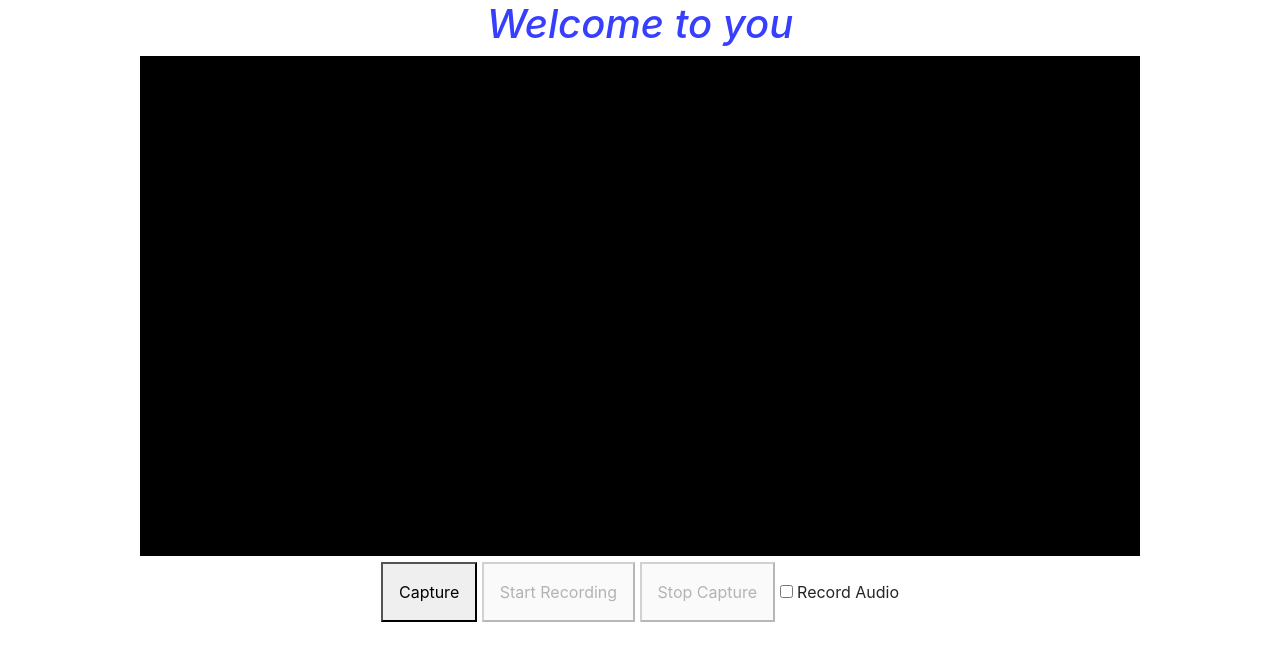
Repository: santiljanomalaj/recording_youtube
Page: index.html
The author's editor kept a copy of each file at every save. The page is drawn from the files as they stood at one save, then again after the next save.
The browser window is 1280 px wide. The pictures show the whole page.

Above is the page before, as saved 2020-04-29 18:25:12.

### index.html
<!DOCTYPE html>
<html lang="en">
  <head>
    <title>Simple Screen Record!</title>
    <meta charset="utf-8" />
    <meta http-equiv="X-UA-Compatible" content="IE=edge" />
    <meta name="viewport" content="width=device-width, initial-scale=1" />

    <link rel="stylesheet" href="/style.css" />
    <link
      rel="stylesheet"
      href="https://maxcdn.bootstrapcdn.com/bootstrap/4.4.1/css/bootstrap.min.css"
    />

    <script>
      //   if (location.protocol !== "https:") location.protocol = "https:";
    </script>
    <!-- import the webpage's stylesheet -->
  </head>
  <body>
    <center>
      <div class="w3-container w3-tangerine">
        <h1>Welcome to you</h1>
      </div>
      <p id="warning">
        Enable chrome://flags/#enable-experimental-web-platform-features
      </p>
      <video
        style="background-color: black; width: 1000px; height: 500px;"
        id="videoElement"
        autoplay
      ></video>
      <br />
      <button id="captureBtn">Capture</button>
      <button id="startBtn" disabled>Start Recording</button>
      <button id="stopBtn" disabled>Stop Capture</button>
      <input type="checkbox" id="audioToggle" />
      <label for="audioToggle">Record Audio</label>
      <a class="btn btn-primary" id="download" href="#" style="display: none;"
        >Download</a
      >
      <a
        type="button"
        class="btn btn-primary"
        id="trim"
        href="https://video-cut.glitch.me/"
        style="display: none;"
        target="trim"
        >Trim Video</a
      >
      <a
        type="button"
        class="btn btn-primary"
        id="convert"
        href="https://convert-to-mp4.glitch.me/"
        style="display: none;"
        target="convert"
        >Convert to MP4</a
      >
    </center>

    <script src="comlink.js"></script>
    <script src="https://ajax.googleapis.com/ajax/libs/jquery/3.4.1/jquery.min.js"></script>
    <script src="https://cdnjs.cloudflare.com/ajax/libs/popper.js/1.16.0/umd/popper.min.js"></script>
    <script src="https://maxcdn.bootstrapcdn.com/bootstrap/4.4.1/js/bootstrap.min.js"></script>

    <script>
      if ("getDisplayMedia" in navigator.mediaDevices)
        warning.style.display = "none";

      let blobs;
      let blob;
      let rec;
      let stream;

      captureBtn.onclick = async () => {
        trim.style.display = "none";
        convert.style.display = "none";
        download.style.display = "none";
        let audio = audioToggle.checked || false;

        stream = await navigator.mediaDevices.getDisplayMedia({
          video: true,
          audio: audio,
        });
        stream
          .getVideoTracks()
          .forEach((track) => (track.contentHint = "text"));
        videoElement.srcObject = stream;
        let opts = { mimeType: "video/webm; codecs=h264" };
        blobs = [];
        rec = new MediaRecorder(stream, opts);
        rec.ondataavailable = (e) => blobs.push(e.data);
        rec.onstop = () => {
          blob = new Blob(blobs, { type: "video/mp4" });
          let url = window.URL.createObjectURL(blob);
          download.href = url;
          download.download = "test.mp4";
          download.style.display = "block";
          trim.style.display = "block";
          convert.style.display = "block";
        };
        startBtn.disabled = false;
        captureBtn.disabled = true;
        audioToggle.disabled = true;
      };

      startBtn.onclick = () => {
        startBtn.disabled = true;
        stopBtn.disabled = false;
        rec.start();
      };

      stopBtn.onclick = () => {
        captureBtn.disabled = false;
        startBtn.disabled = true;
        stopBtn.disabled = true;
        audioToggle.disabled = false;
        rec.stop();
        stream.getTracks().forEach((s) => s.stop());
        videoElement.srcObject = null;
        stream = null;
      };

      trim.onclick = async (event) => {
        event.preventDefault();
        let cutWindow = window.open(event.target.href);
        let start = Comlink.proxy(cutWindow);
        setTimeout(async () => {
          let result = await start(
            new File([blob], "test.webm", { type: "video/webm" }),
            "00:00:00"
          );
        }, 1000);
      };

      convert.onclick = async (event) => {
        event.preventDefault();
        let convertWindow = window.open(event.target.href);
        let start = Comlink.proxy(convertWindow);
        setTimeout(async () => {
          let result = await start(
            new File([blob], "test.webm", { type: "video/webm" })
          );
        }, 1000);
      };
    </script>
  </body>
</html>

### style.css
/* CSS files add styling rules to your content */

body {
  font-family: "Benton Sans", "Helvetica Neue", helvetica, arial, sans-serif;
  margin: 2em;
}

h1 {
  font-style: italic;
  color: #373fff;
}

video {
  width: 1000px;
  height: 1000px;
}

button {
  margin: 1em;
  padding: 1em;
}

### comlink.js
/**
 * Copyright 2017 Google Inc. All Rights Reserved.
 * Licensed under the Apache License, Version 2.0 (the "License");
 * you may not use this file except in compliance with the License.
 * You may obtain a copy of the License at
 *     http://www.apache.org/licenses/LICENSE-2.0
 * Unless required by applicable law or agreed to in writing, software
 * distributed under the License is distributed on an "AS IS" BASIS,
 * WITHOUT WARRANTIES OR CONDITIONS OF ANY KIND, either express or implied.
 * See the License for the specific language governing permissions and
 * limitations under the License.
 */
(function (factory) {
  if (typeof module === "object" && typeof module.exports === "object") {
    var v = factory(require, exports);
    if (v !== undefined) module.exports = v;
  } else if (typeof define === "function" && define.amd) {
    define(["require", "exports"], factory);
  } else {
    factory([], (self.Comlink = {}));
  }
})(function (require, exports) {
  "use strict";
  Object.defineProperty(exports, "__esModule", { value: true });
  const TRANSFERABLE_TYPES = [ArrayBuffer, MessagePort];
  const uid = Math.floor(Math.random() * Number.MAX_SAFE_INTEGER);
  const proxyValueSymbol = Symbol("proxyValue");
  const throwSymbol = Symbol("throw");
  const proxyTransferHandler = {
    canHandle: (obj) => obj && obj[proxyValueSymbol],
    serialize: (obj) => {
      const { port1, port2 } = new MessageChannel();
      expose(obj, port1);
      return port2;
    },
    deserialize: (obj) => {
      return proxy(obj);
    },
  };
  const throwTransferHandler = {
    canHandle: (obj) => obj && obj[throwSymbol],
    serialize: (obj) => obj.toString() + "\n" + obj.stack,
    deserialize: (obj) => {
      throw Error(obj);
    },
  };
  exports.transferHandlers = new Map([
    ["PROXY", proxyTransferHandler],
    ["THROW", throwTransferHandler],
  ]);
  let pingPongMessageCounter = 0;
  function proxy(endpoint, target) {
    if (isWindow(endpoint)) endpoint = windowEndpoint(endpoint);
    if (!isEndpoint(endpoint))
      throw Error(
        "endpoint does not have all of addEventListener, removeEventListener and postMessage defined"
      );
    activateEndpoint(endpoint);
    return cbProxy(
      async (irequest) => {
        let args = [];
        if (irequest.type === "APPLY" || irequest.type === "CONSTRUCT")
          args = irequest.argumentsList.map(wrapValue);
        const response = await pingPongMessage(
          endpoint,
          Object.assign({}, irequest, { argumentsList: args }),
          transferableProperties(args)
        );
        const result = response.data;
        return unwrapValue(result.value);
      },
      [],
      target
    );
  }
  exports.proxy = proxy;
  function proxyValue(obj) {
    obj[proxyValueSymbol] = true;
    return obj;
  }
  exports.proxyValue = proxyValue;
  function expose(rootObj, endpoint) {
    if (isWindow(endpoint)) endpoint = windowEndpoint(endpoint);
    if (!isEndpoint(endpoint))
      throw Error(
        "endpoint does not have all of addEventListener, removeEventListener and postMessage defined"
      );
    activateEndpoint(endpoint);
    attachMessageHandler(endpoint, async function (event) {
      if (!event.data.id || !event.data.callPath) return;
      const irequest = event.data;
      let that = await irequest.callPath
        .slice(0, -1)
        .reduce((obj, propName) => obj[propName], rootObj);
      let obj = await irequest.callPath.reduce(
        (obj, propName) => obj[propName],
        rootObj
      );
      let iresult = obj;
      let args = [];
      if (irequest.type === "APPLY" || irequest.type === "CONSTRUCT")
        args = irequest.argumentsList.map(unwrapValue);
      if (irequest.type === "APPLY") {
        try {
          iresult = await obj.apply(that, args);
        } catch (e) {
          iresult = e;
          iresult[throwSymbol] = true;
        }
      }
      if (irequest.type === "CONSTRUCT") {
        try {
          iresult = new obj(...args); // eslint-disable-line new-cap
          iresult = proxyValue(iresult);
        } catch (e) {
          iresult = e;
          iresult[throwSymbol] = true;
        }
      }
      if (irequest.type === "SET") {
        obj[irequest.property] = irequest.value;
        // FIXME: ES6 Proxy Handler `set` methods are supposed to return a
        // boolean. To show good will, we return true asynchronously ¯\_(ツ)_/¯
        iresult = true;
      }
      iresult = makeInvocationResult(iresult);
      iresult.id = irequest.id;
      return endpoint.postMessage(iresult, transferableProperties([iresult]));
    });
  }
  exports.expose = expose;
  function wrapValue(arg) {
    // Is arg itself handled by a TransferHandler?
    for (const [key, transferHandler] of exports.transferHandlers) {
      if (transferHandler.canHandle(arg)) {
        return {
          type: key,
          value: transferHandler.serialize(arg),
        };
      }
    }
    // If not, traverse the entire object and find handled values.
    let wrappedChildren = [];
    for (const item of iterateAllProperties(arg)) {
      for (const [key, transferHandler] of exports.transferHandlers) {
        if (transferHandler.canHandle(item.value)) {
          wrappedChildren.push({
            path: item.path,
            wrappedValue: {
              type: key,
              value: transferHandler.serialize(item.value),
            },
          });
        }
      }
    }
    for (const wrappedChild of wrappedChildren) {
      const container = wrappedChild.path
        .slice(0, -1)
        .reduce((obj, key) => obj[key], arg);
      container[wrappedChild.path[wrappedChild.path.length - 1]] = null;
    }
    return {
      type: "RAW",
      value: arg,
      wrappedChildren,
    };
  }
  function unwrapValue(arg) {
    if (exports.transferHandlers.has(arg.type)) {
      const transferHandler = exports.transferHandlers.get(arg.type);
      return transferHandler.deserialize(arg.value);
    } else if (isRawWrappedValue(arg)) {
      for (const wrappedChildValue of arg.wrappedChildren || []) {
        if (!exports.transferHandlers.has(wrappedChildValue.wrappedValue.type))
          throw Error(
            `Unknown value type "${arg.type}" at ${wrappedChildValue.path.join(
              "."
            )}`
          );
        const transferHandler = exports.transferHandlers.get(
          wrappedChildValue.wrappedValue.type
        );
        const newValue = transferHandler.deserialize(
          wrappedChildValue.wrappedValue.value
        );
        replaceValueInObjectAtPath(arg.value, wrappedChildValue.path, newValue);
      }
      return arg.value;
    } else {
      throw Error(`Unknown value type "${arg.type}"`);
    }
  }
  function replaceValueInObjectAtPath(obj, path, newVal) {
    const lastKey = path.slice(-1)[0];
    const lastObj = path.slice(0, -1).reduce((obj, key) => obj[key], obj);
    lastObj[lastKey] = newVal;
  }
  function isRawWrappedValue(arg) {
    return arg.type === "RAW";
  }
  function windowEndpoint(w) {
    if (self.constructor.name !== "Window") throw Error("self is not a window");
    return {
      addEventListener: self.addEventListener.bind(self),
      removeEventListener: self.removeEventListener.bind(self),
      postMessage: (msg, transfer) => w.postMessage(msg, "*", transfer),
    };
  }
  function isEndpoint(endpoint) {
    return (
      "addEventListener" in endpoint &&
      "removeEventListener" in endpoint &&
      "postMessage" in endpoint
    );
  }
  function activateEndpoint(endpoint) {
    if (isMessagePort(endpoint)) endpoint.start();
  }
  function attachMessageHandler(endpoint, f) {
    // Checking all possible types of `endpoint` manually satisfies TypeScript’s
    // type checker. Not sure why the inference is failing here. Since it’s
    // unnecessary code I’m going to resort to `any` for now.
    // if(isWorker(endpoint))
    //   endpoint.addEventListener('message', f);
    // if(isMessagePort(endpoint))
    //   endpoint.addEventListener('message', f);
    // if(isOtherWindow(endpoint))
    //   endpoint.addEventListener('message', f);
    endpoint.addEventListener("message", f);
  }
  function detachMessageHandler(endpoint, f) {
    // Same as above.
    endpoint.removeEventListener("message", f);
  }
  function isMessagePort(endpoint) {
    return endpoint.constructor.name === "MessagePort";
  }
  function isWindow(endpoint) {
    // TODO: This doesn’t work on cross-origin iframes.
    // return endpoint.constructor.name === 'Window';
    return ["window", "length", "location", "parent", "opener"].every(
      (prop) => prop in endpoint
    );
  }
  /**
   * `pingPongMessage` sends a `postMessage` and waits for a reply. Replies are
   * identified by a unique id that is attached to the payload.
   */
  function pingPongMessage(endpoint, msg, transferables) {
    const id = `${uid}-${pingPongMessageCounter++}`;
    return new Promise((resolve) => {
      attachMessageHandler(endpoint, function handler(event) {
        if (event.data.id !== id) return;
        detachMessageHandler(endpoint, handler);
        resolve(event);
      });
      // Copy msg and add `id` property
      msg = Object.assign({}, msg, { id });
      endpoint.postMessage(msg, transferables);
    });
  }
  function cbProxy(cb, callPath = [], target = function () {}) {
    return new Proxy(target, {
      construct(_target, argumentsList, proxy) {
        return cb({
          type: "CONSTRUCT",
          callPath,
          argumentsList,
        });
      },
      apply(_target, _thisArg, argumentsList) {
        // We use `bind` as an indicator to have a remote function bound locally.
        // The actual target for `bind()` is currently ignored.
        if (callPath[callPath.length - 1] === "bind")
          return cbProxy(cb, callPath.slice(0, -1));
        return cb({
          type: "APPLY",
          callPath,
          argumentsList,
        });
      },
      get(_target, property, proxy) {
        if (property === "then" && callPath.length === 0) {
          return { then: () => proxy };
        } else if (property === "then") {
          const r = cb({
            type: "GET",
            callPath,
          });
          return Promise.resolve(r).then.bind(r);
        } else {
          return cbProxy(cb, callPath.concat(property), _target[property]);
        }
      },
      set(_target, property, value, _proxy) {
        return cb({
          type: "SET",
          callPath,
          property,
          value,
        });
      },
    });
  }
  function isTransferable(thing) {
    return TRANSFERABLE_TYPES.some((type) => thing instanceof type);
  }
  function* iterateAllProperties(value, path = [], visited = null) {
    if (!value) return;
    if (!visited) visited = new WeakSet();
    if (visited.has(value)) return;
    if (typeof value === "string") return;
    if (typeof value === "object") visited.add(value);
    if (ArrayBuffer.isView(value)) return;
    yield { value, path };
    const keys = Object.keys(value);
    for (const key of keys)
      yield* iterateAllProperties(value[key], [...path, key], visited);
  }
  function transferableProperties(obj) {
    const r = [];
    for (const prop of iterateAllProperties(obj)) {
      if (isTransferable(prop.value)) r.push(prop.value);
    }
    return r;
  }
  function makeInvocationResult(obj) {
    for (const [type, transferHandler] of exports.transferHandlers) {
      if (transferHandler.canHandle(obj)) {
        const value = transferHandler.serialize(obj);
        return {
          value: { type, value },
        };
      }
    }
    return {
      value: {
        type: "RAW",
        value: obj,
      },
    };
  }
});

After the next save:
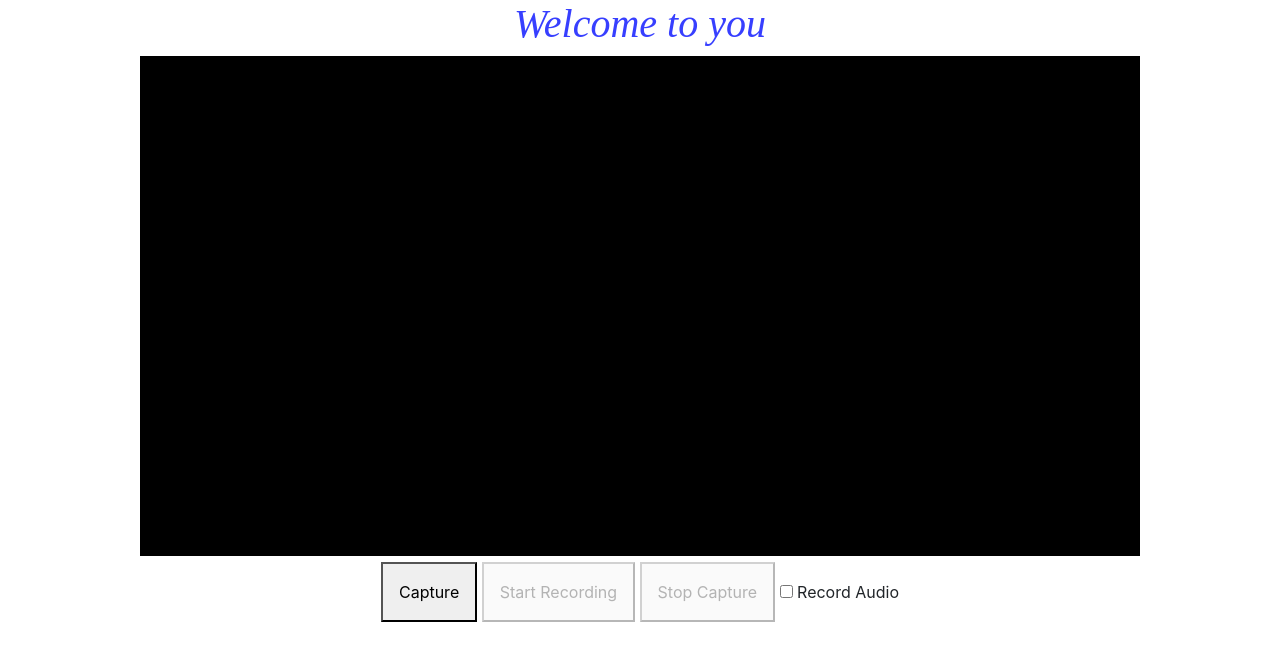
Saved 42 s later.
--- a/style.css
+++ b/style.css
@@ -19,3 +19,7 @@ button {
   margin: 1em;
   padding: 1em;
 }
+
+.w3-tangerine {
+  font-family: "Tangerine", serif;
+}
